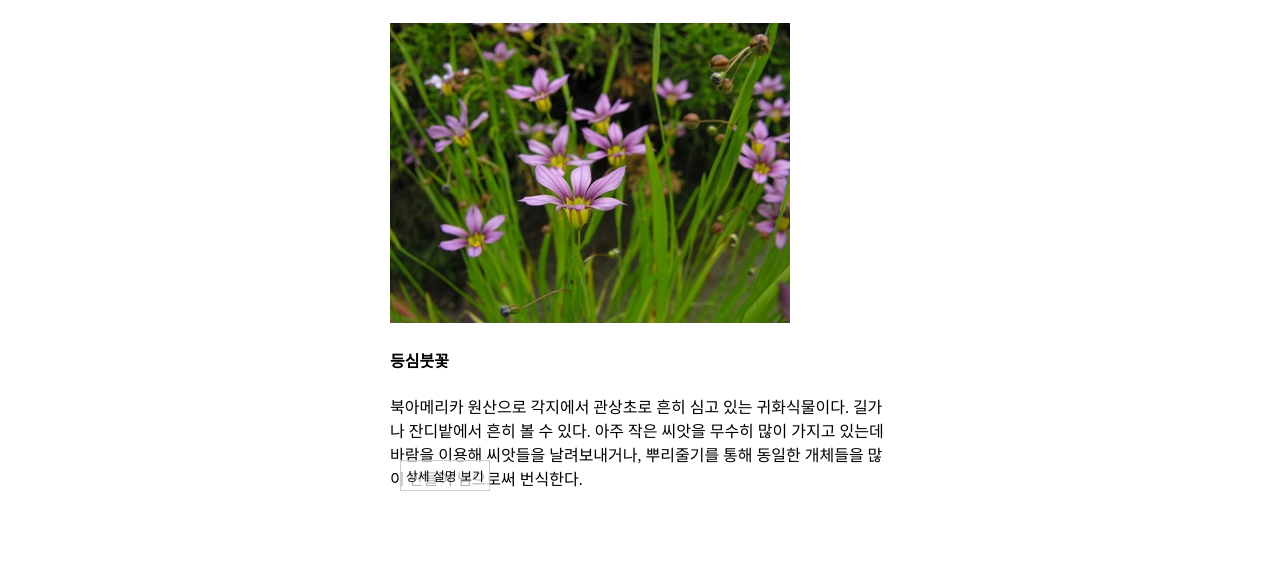
Repository: JeongminHW/Web_study
Page: HTML/myHTML/src/main/webapp/ch10/event3.html
An editor plug-in stored every save of this project. The page is shown before and after the next save, followed by the edit.
The browser window is 1280 px wide. The pictures show the whole page.

Above is the page before, as saved 2024-07-12 03:26:03.

After the next save:
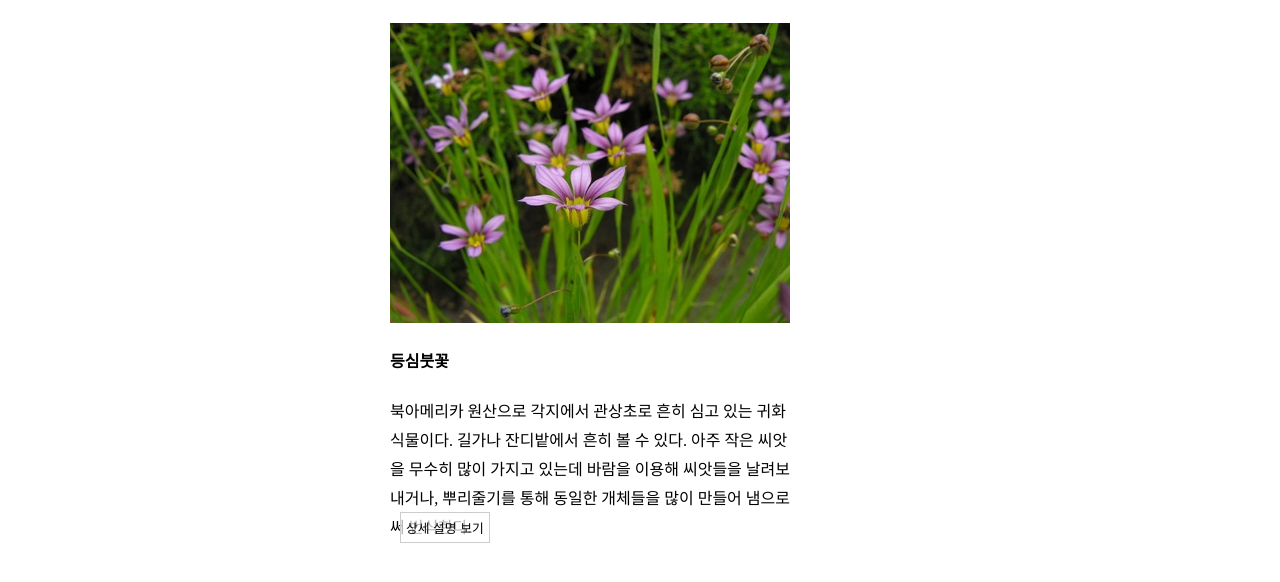
Saved 11 s later.
--- a/HTML/myHTML/src/main/webapp/ch10/event3.html
+++ b/HTML/myHTML/src/main/webapp/ch10/event3.html
@@ -9,7 +9,7 @@
 	<div id="item">
 		<img alt="" src="img/flower.jpg">
 		<button class="over" id="open" onclick="">상세 설명 보기</button>
-		<div id="desc" class="datail">
+		<div id="desc" class="detail">
 			<h4>등심붓꽃</h4>
 			<p>북아메리카 원산으로 각지에서 관상초로 흔히 심고 있는 귀화식물이다. 길가나 잔디밭에서 흔히 볼 수 있다. 아주
 				작은 씨앗을 무수히 많이 가지고 있는데 바람을 이용해 씨앗들을 날려보내거나, 뿌리줄기를 통해 동일한 개체들을 많이 만들어
